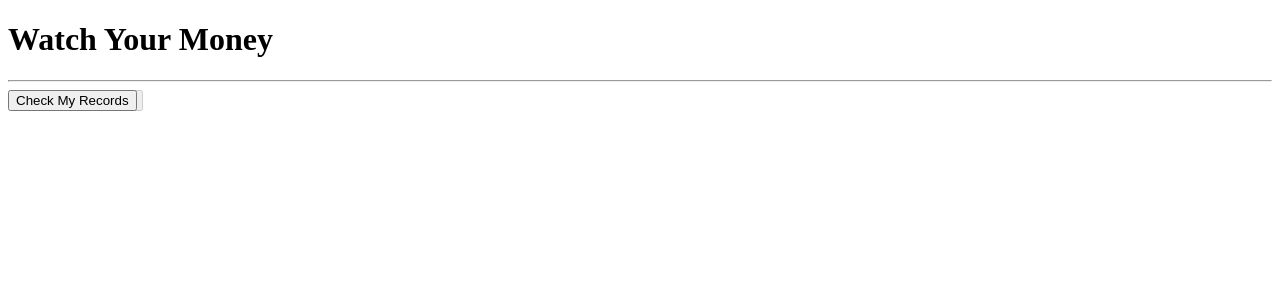
Repository: chelsea9869/Hackathon-TNT
Page: http://localhost/app/watch_your_money.php
The author's editor kept a copy of each file at every save. The page is drawn from the files as they stood at one save, then again after the next save.
The browser window is 1280 px wide. The pictures show the whole page.
The page is run by PHP 8.4 with error messages shown; the project is at /var/www/html/.

Above is the page before, as saved 2020-09-05 10:52:28.

### app/watch_your_money.php
<!DOCTYPE html>
<html lang="en">
<head>
    <meta charset="UTF-8">
    <meta name="viewport" content="width=device-width, initial-scale=1.0">
    <title>Watch Your Money</title>
</head>
<body>
    <h1>Watch Your Money</h1>
    <hr>
    <div name='function'>
        <div id='bookkeeping' style="left:50px;width:40%;display: inline-table;position:absolute">
            <button disabled="disabled">Bookkeeping</button>
        </div>
        <div id='check_records' style="width:40%;display: inline-table;position:relative">
            <button>Check My Records</button>
        </div>
    </div>
</body>
</html>

After the next save:
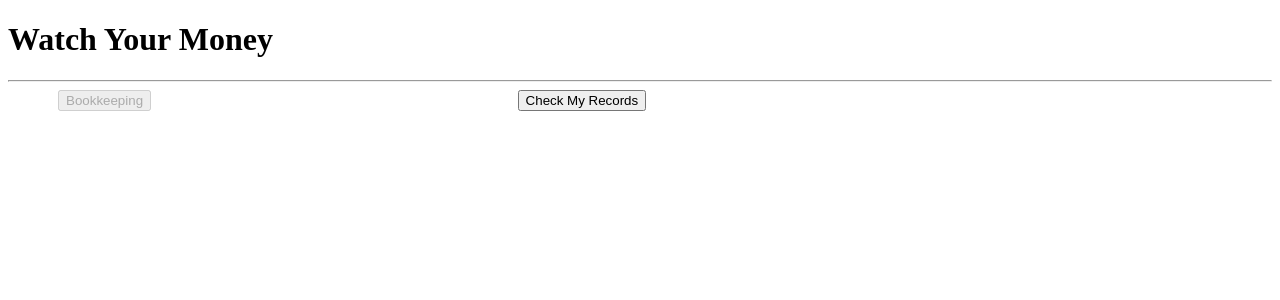
Saved 6 s later.
--- a/app/watch_your_money.php
+++ b/app/watch_your_money.php
@@ -9,7 +9,7 @@
     <h1>Watch Your Money</h1>
     <hr>
     <div name='function'>
-        <div id='bookkeeping' style="left:50px;width:40%;display: inline-table;position:absolute">
+        <div id='bookkeeping' style="left:50px;width:40%;display: inline-table;position:relative">
             <button disabled="disabled">Bookkeeping</button>
         </div>
         <div id='check_records' style="width:40%;display: inline-table;position:relative">
